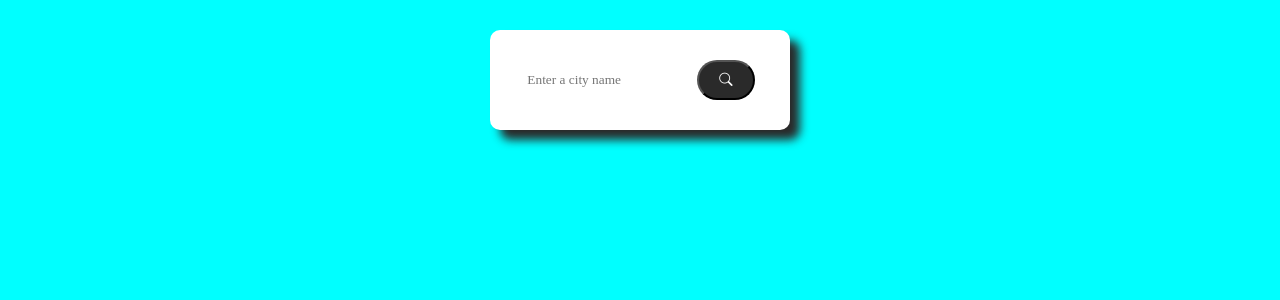
Repository: CrissRT/weather
Page: index.html
The author's editor kept a copy of each file at every save. The page is drawn from the files as they stood at one save, then again after the next save.
The browser window is 1280 px wide. The pictures show the whole page.
Some web fonts or font styles are not loaded; a fallback is used.

Above is the page before, as saved 2024-06-30 15:24:15.

After the next save:
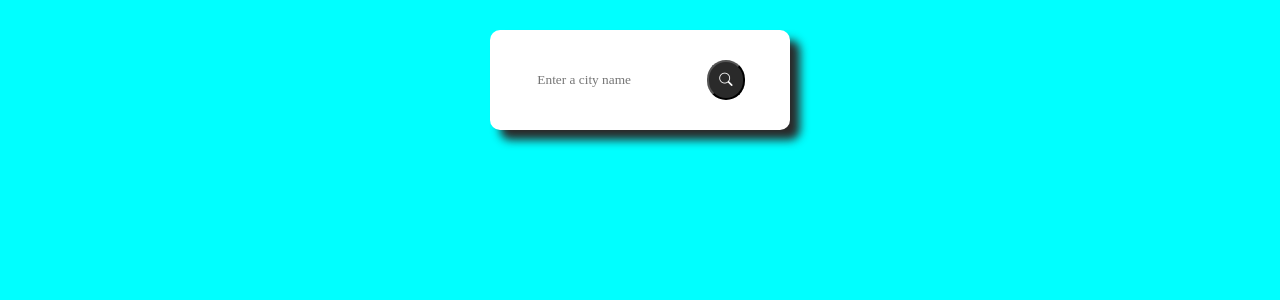
Saved 14 s later.
--- a/style.css
+++ b/style.css
@@ -47,7 +47,7 @@ body {
 #search-button {
     background-color: rgb(42, 42, 42);
     color: white;
-    padding: 10px 20px;
+    padding: 10px 10px;
     text-align: center;
     text-decoration: none;
     border-radius: 20px;
